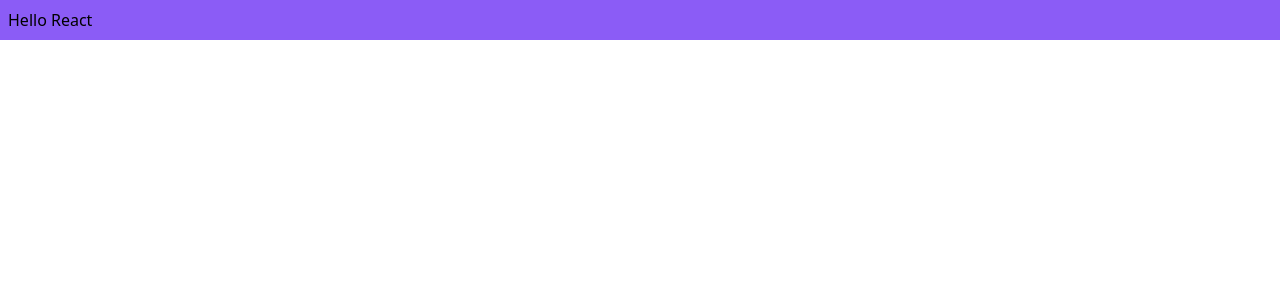
Repository: guilhermecardoso93/nlwreturn-react
Page: /
These files come from the project's save history. The page is drawn as it stood at one moment and after the next save; the edit follows.
The browser window is 1280 px wide. The pictures show the whole page.
The project was rebuilt for these pictures with package versions that can differ from the ones it lists, and the page was loaded fresh each time. Also part of the build but not shown: vite.config.ts.

Above is the page before, as saved 2022-05-02 22:05:07.

After the next save:
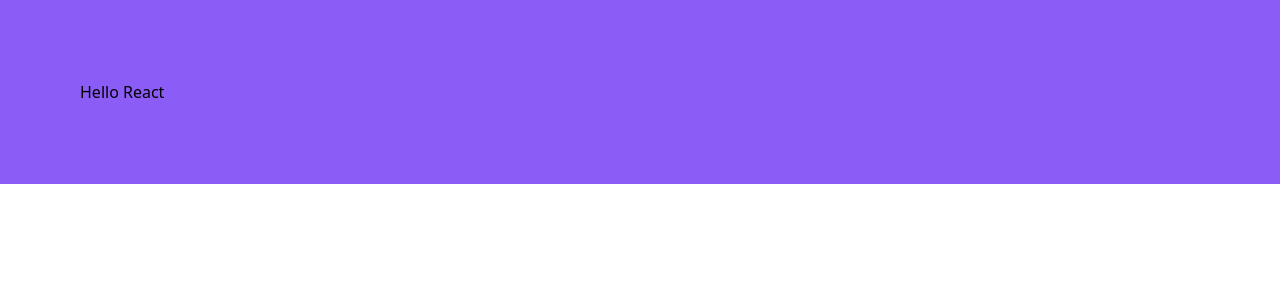
Saved 13 s later.
--- a/src/App.tsx
+++ b/src/App.tsx
@@ -1,7 +1,7 @@
 function App() {
   return (
     <>
-      <h1 className="bg-violet-500 p-2">Hello React</h1>
+      <h1 className="bg-violet-500 p-20">Hello React</h1>
     </>
   );
 }

After the save that followed:
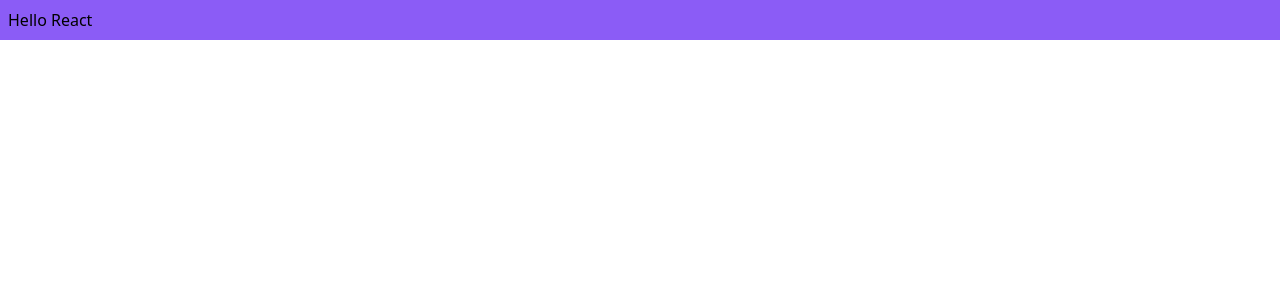
Saved 5 s later.
--- a/src/App.tsx
+++ b/src/App.tsx
@@ -1,7 +1,7 @@
 function App() {
   return (
     <>
-      <h1 className="bg-violet-500 p-20">Hello React</h1>
+      <h1 className="bg-violet-500 p-2">Hello React</h1>
     </>
   );
 }
